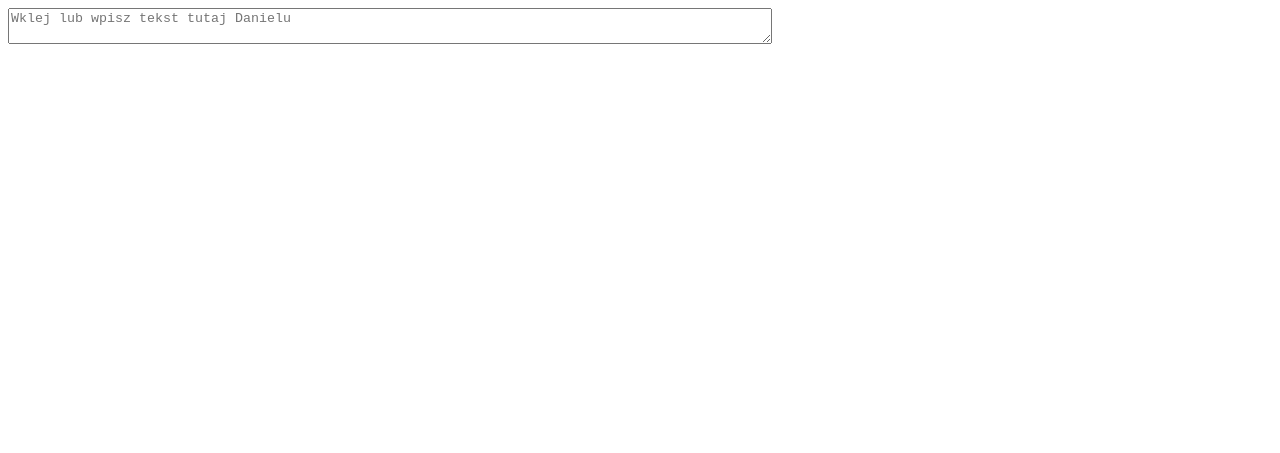
Repository: Gyeboorovsky/Playground
Page: Lettter Counter for Daniel/LetterCounter.html
An editor plug-in stored every save of this project. The page is shown before and after the next save, followed by the edit.
The browser window is 1280 px wide. The pictures show the whole page.

Above is the page before, as saved 2020-04-04 23:51:31.

After the next save:
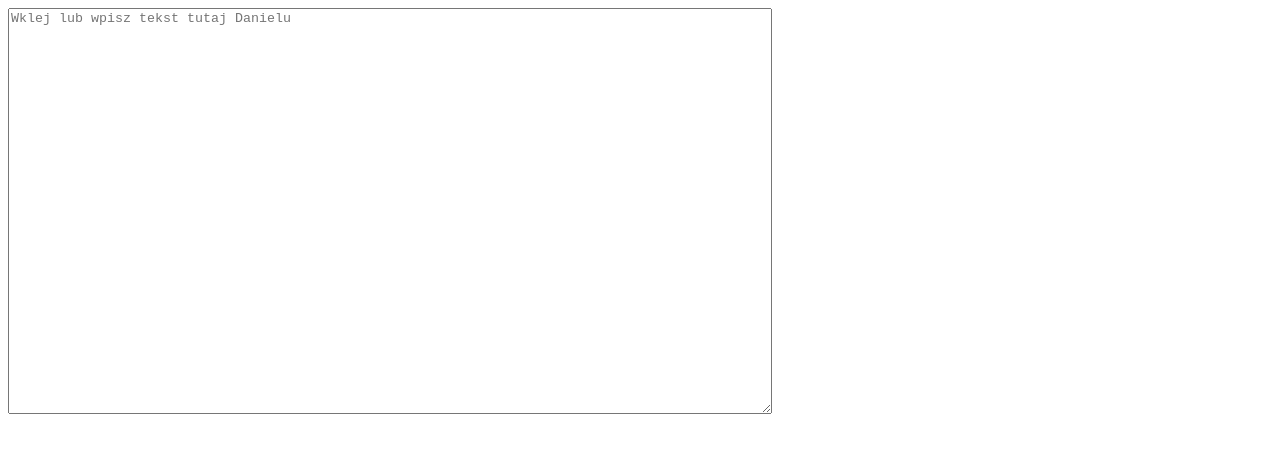
Saved 15 s later.
--- a/Lettter Counter for Daniel/style.css
+++ b/Lettter Counter for Daniel/style.css
@@ -1,4 +1,4 @@
 textarea {
     width: 60%;
-    height: 60%;
+    height: 400px;
 }
